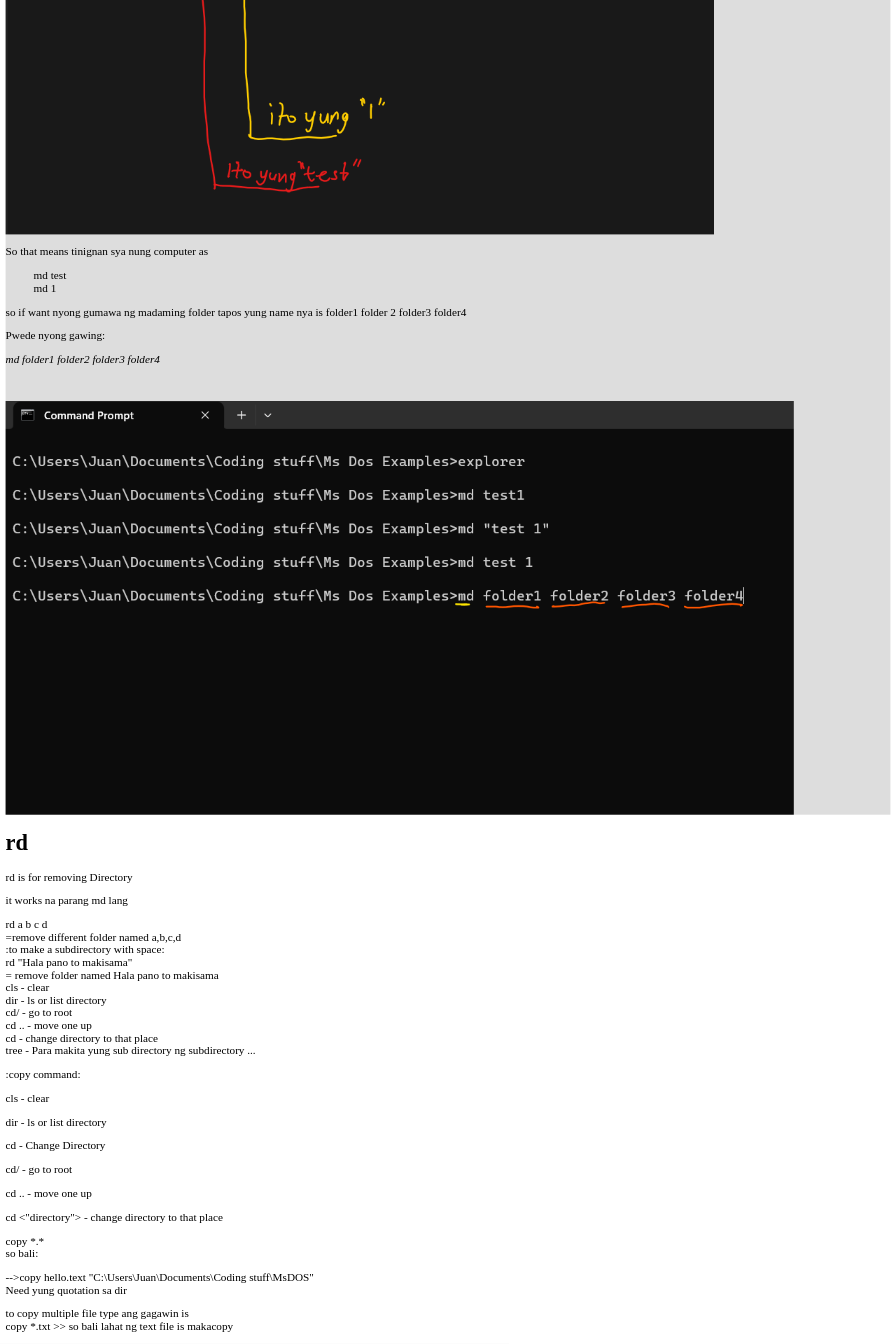
Repository: zwainer/Comprog
Page: index.html
These files come from the project's save history. The page is drawn as it stood at one moment and after a run of saves; the edit follows.
The browser window is 1280 px wide. The pictures show the part of the page from y = 3807 to 5727 px (the page is 5727 px tall before and 5637 px after), at 70% of full size.

Above is the page before, as saved 2023-05-06 00:33:44.

### index.html
<html>
	<head>
		<link rel="stylesheet" href="index.css">
	</head>
<body>

	<div class="header">

		<h1 class="mainHead">Comprog Notes Ko</h1>

	</div>

	<div class="makeDir">
		<!-- make dir part -->

		<p class="StartCommand">
			md
			<br/>

		</p>

		<p>md means make directory <br/>
		</p>
		<p>To use it :
			<dl>
				<dd>
					write md then
				</dd>

				<dd>
					yung name nung folder
				</dd>
			</dl>

		<br/>
		</p>


		</p>

		<img src="pictures/1_1.png">

		<p>Ito yung Output <br/></p>


		<img src="pictures/2.png">

		<h2>What if gusto nyong may space yung folder name<br/></h2>
		<dl>
			<dd>
				<p> To do it, need nyong lagyan ng "" quotation mark yung folder name nyo<br/></p>
			</dd>

			<dd>
				<p> So bali magiging cd "test 1"<br/></p>
			</dd>
		</dl>

		<img src="pictures/3.png">

		<p>Ito yung Output <br/></p>

		<img src="pictures/4.png">


		<h2>What will happen pag walang "" <-- ganire<br/></h2>

		<p>Gagawa sya ng multiple folder<br/></p>

		<img src="pictures/5.png">

		<p>Ito yung output<br/></p>

		<img src="pictures/6.png">

		<p>So that means tinignan sya nung computer as <br/>

			<dl>
				<dd>
					md test <br/>
				</dd>

				<dd>
					md 1<br/></p>
				</dd>
			</dl>

			<p>so if want nyong gumawa ng madaming folder tapos yung name nya is folder1 folder 2 folder3 folder4<br/></p>

			<p>Pwede nyong gawing: <p class="importantNote">md folder1 folder2 folder3 folder4</p> <br/> </p>

			<img src="pictures/7.png">


	</div>



	<!-- remove naman ng directory na part -->
	<div>
		<h1>rd    <br/> </h1>

 		<p>rd is for removing Directory<br/></p>

 		<p> it works na parang md lang<br/></p>


					rd a b c d <br/>

					=remove different folder named a,b,c,d<br/>

				:to make a subdirectory with space:<br/>

				rd "Hala pano to makisama"<br/>

					= remove folder named Hala pano to makisama	<br/>

	</div>
		 	<!-- clear ng cmd para di makalat -->
cls - clear<br/>
	<!-- Show the directory -->

dir - ls or list directory<br/>

<!-- cd stuff -->

cd/ - go to root<br/>

cd .. - move one up<br/>

cd <directory> - change directory to that place<br/>
<!-- tree momints -->


tree - Para makita yung sub directory ng subdirectory ...<br/>
<!-- copy command -->

<p >:copy command:<br/></p>
<p >cls - clear<br/></p>

<p >dir - ls or list directory<br/></p>

<p >cd - Change Directory<br/></p>


<p >cd/ - go to root<br/></p>

<p>cd .. - move one up<br/></p>

<p >cd <"directory"> - change directory to that place<br/></p>






<p>copy *.*<br/>

	so bali: <br/></p>
		<p>
				-->copy hello.text "C:\Users\Juan\Documents\Coding stuff\MsDOS"<br/>
			Need yung quotation sa dir
			<br/>
		</p>

		<p>
	to copy multiple file type ang gagawin is </br>
	copy *.txt >> so bali lahat ng text file is makacopy</br>



		</p>

	</body>
</html>

### index.css
.mainHead{
    color: white ;
    background-color: black;
    font-size: 40px;
    font-family: 'Arial Narrow Bold';
    text-align: center ;
    padding: 14px;

}


.makeDir{

    background-color: rgb(221, 221, 221) ;
    padding: 0%;
    margin: 0%;
}



.StartCommand{
    font-size: 30px;
    font-family: 'Franklin Gothic Medium';
    font-weight: bold;
}

.importantNote{
    font-style: italic;
}

After the next 2 saves:
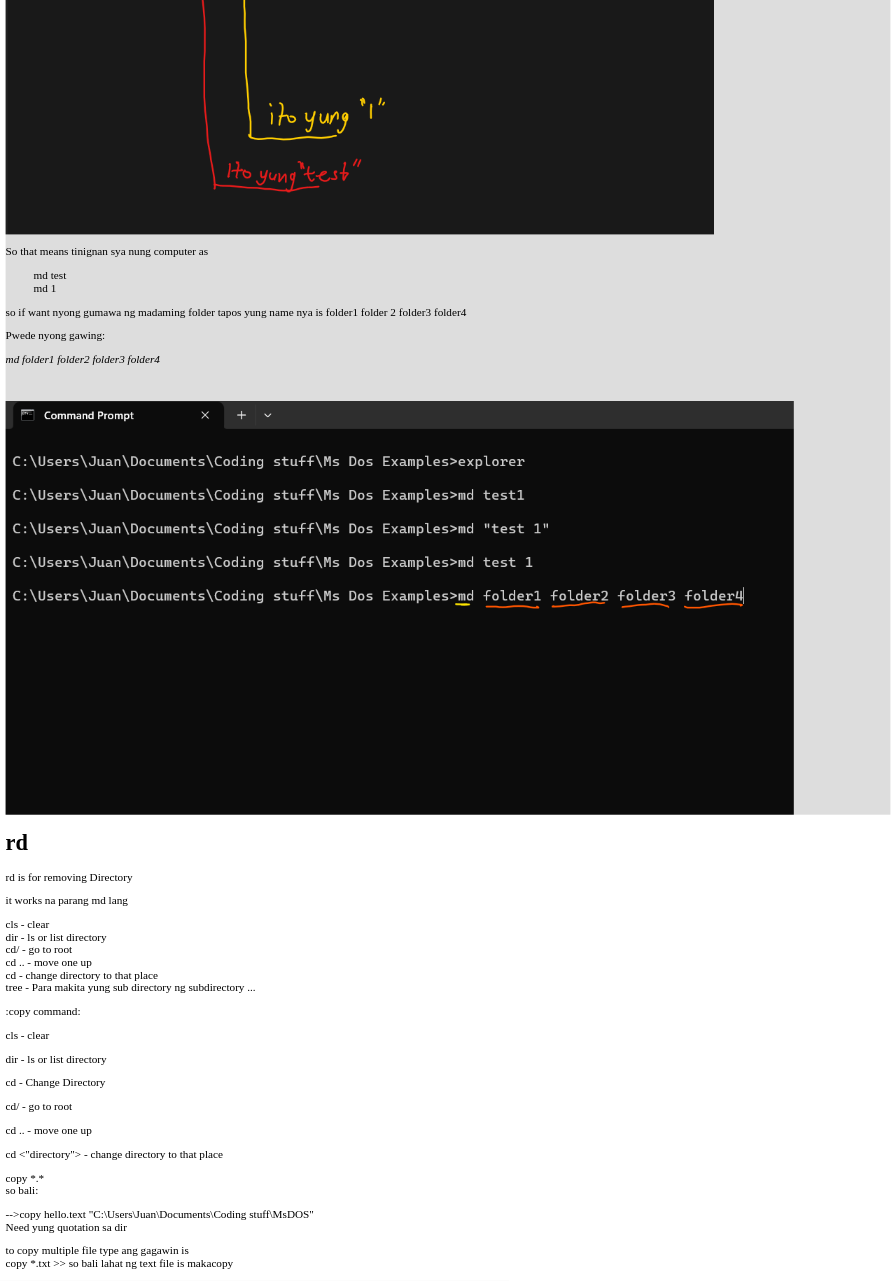
The 2 saves are shown as one change because they came seconds apart.
The last was saved 10 s later.
--- a/index.html
+++ b/index.html
@@ -104,17 +104,6 @@
 
  		<p> it works na parang md lang<br/></p>
 
-
-					rd a b c d <br/>
-
-					=remove different folder named a,b,c,d<br/>
-
-				:to make a subdirectory with space:<br/>
-
-				rd "Hala pano to makisama"<br/>
-
-					= remove folder named Hala pano to makisama	<br/>
-
 	</div>
 		 	<!-- clear ng cmd para di makalat -->
 cls - clear<br/>
